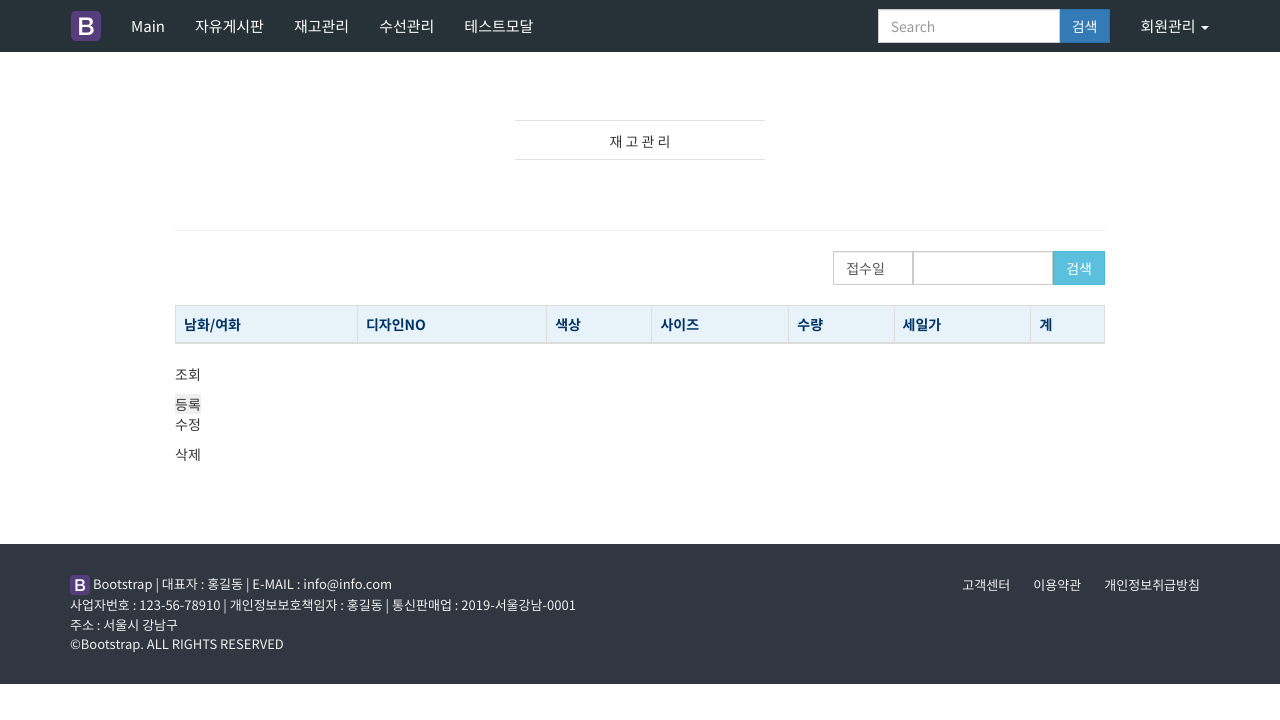
Repository: RattenLegs/Project_Inventory
Page: http://localhost/Project_Inventory/WEB-INF/views/inventoryboard/inventoryList.jsp
An editor plug-in stored every save of this project. The page is shown before and after the next save, followed by the edit.
The browser window is 1280 px wide. The pictures show the whole page.
Some web libraries are served in a nearby version. The page is served by Tomcat 9. Nobody is signed in. The template is opened directly, without the code that normally fills it, so the values that code supplies are empty.

Above is the page before, as saved 2023-02-12 14:51:06.

After the next save:
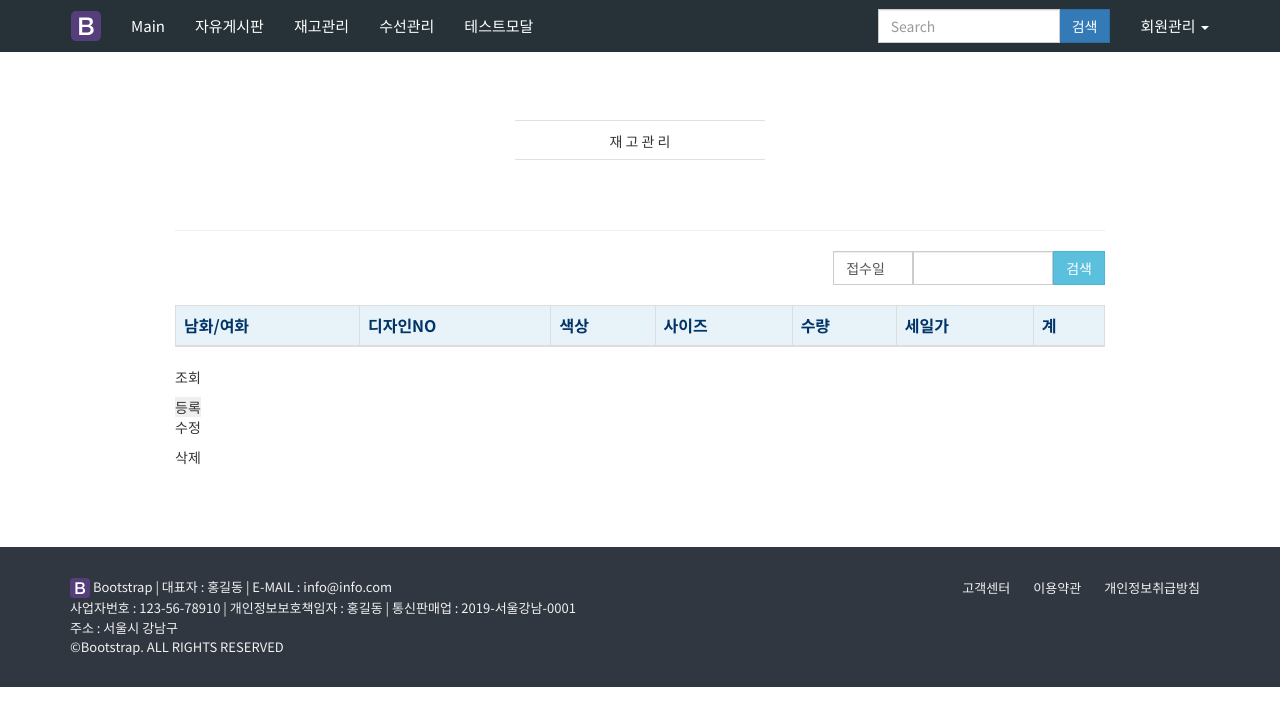
Saved 28 min 17 s later.
--- a/Project_Inventory/src/main/webapp/WEB-INF/views/inventoryboard/inventoryList.jsp
+++ b/Project_Inventory/src/main/webapp/WEB-INF/views/inventoryboard/inventoryList.jsp
@@ -2,14 +2,16 @@
 <%@ taglib uri="http://java.sun.com/jsp/jstl/fmt" prefix="fmt"%>
 <%@ page language="java" contentType="text/html; charset=UTF-8"
 	pageEncoding="UTF-8"%>
-
+<html>
+<head>
 <%@ include file="../../views/include/header.jsp"%>
 <title>재고관리 시스템입니다.</title>
 
 <link
 	href="${pageContext.request.contextPath}/resources/modal/modal.css"
 	rel="stylesheet">
-
+</head>
+<body>
 <section>
 	<div class="container-fluid">
 		<div class="row">
@@ -57,7 +59,7 @@
 	</div>
 </section>
 <%@ include file="../../views/include/footer.jsp"%>
-
+</body>
 <script
 	src="${pageContext.request.contextPath}/resources/modal/modal.js"></script>
 </html>
